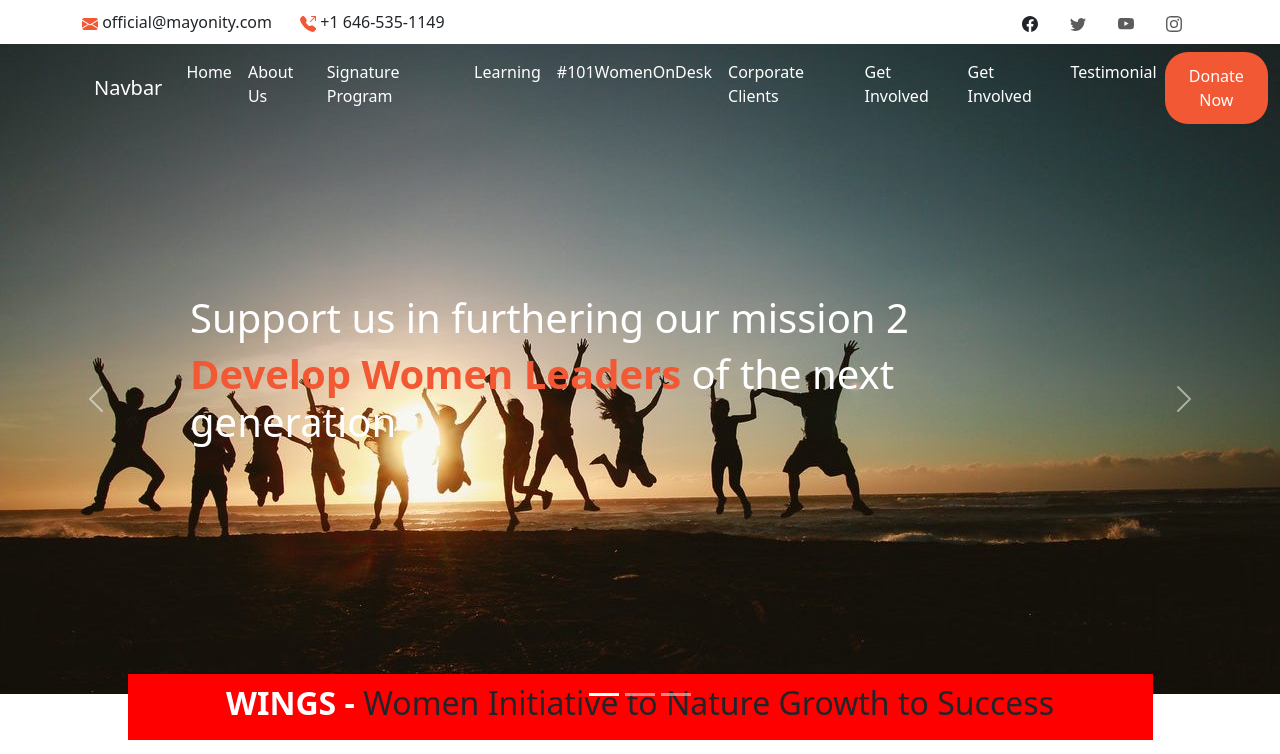
Repository: rizwan-zafar/wings
Page: /
An editor plug-in stored every save of this project. The page is shown before and after the next save, followed by the edit.
The browser window is 1280 px wide. The pictures show the whole page.
The project was rebuilt for these pictures with package versions that can differ from the ones it lists, and the page was loaded fresh each time.

Above is the page before, as saved 2022-11-27 18:16:38.

After the next save:
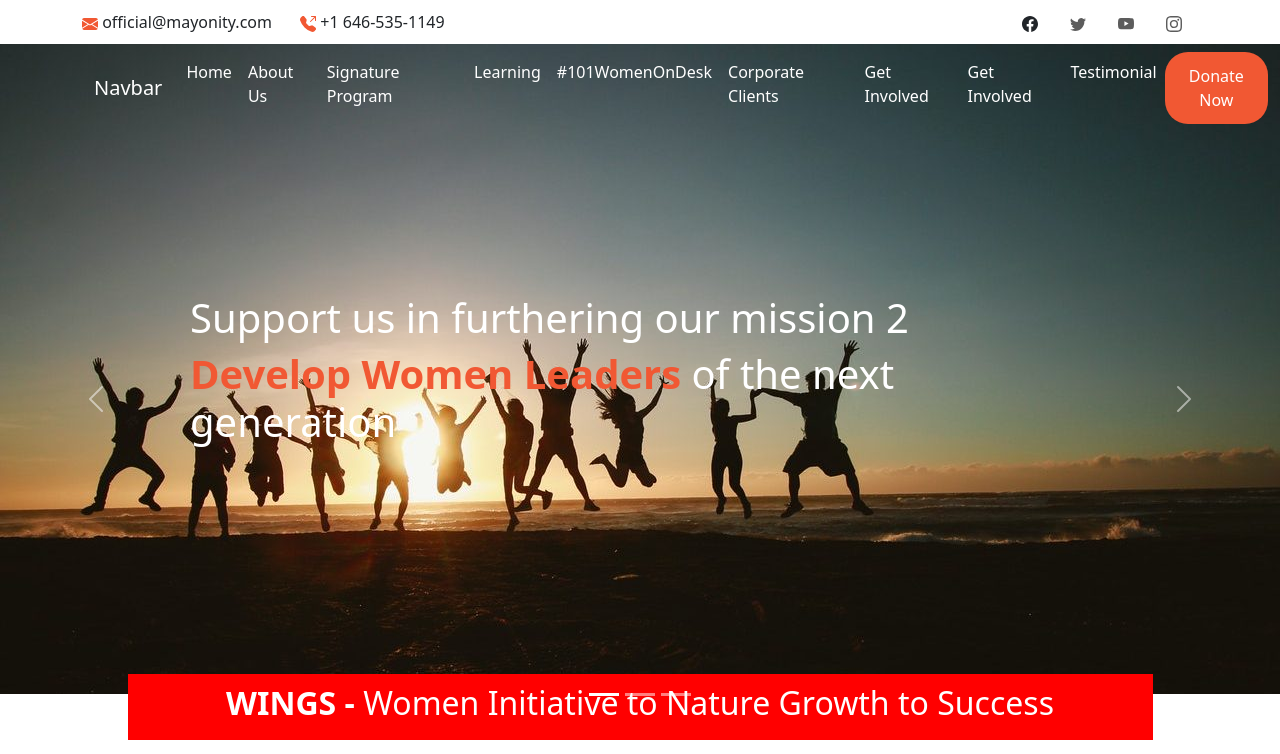
Saved 4 s later.
--- a/src/Css/Slider.css
+++ b/src/Css/Slider.css
@@ -43,7 +43,7 @@
     color: #fff;
 
 }
-.slider-footer>div strong {
+.slider-footer>div span {
     color: #fff;
 
 }

After the save that followed:
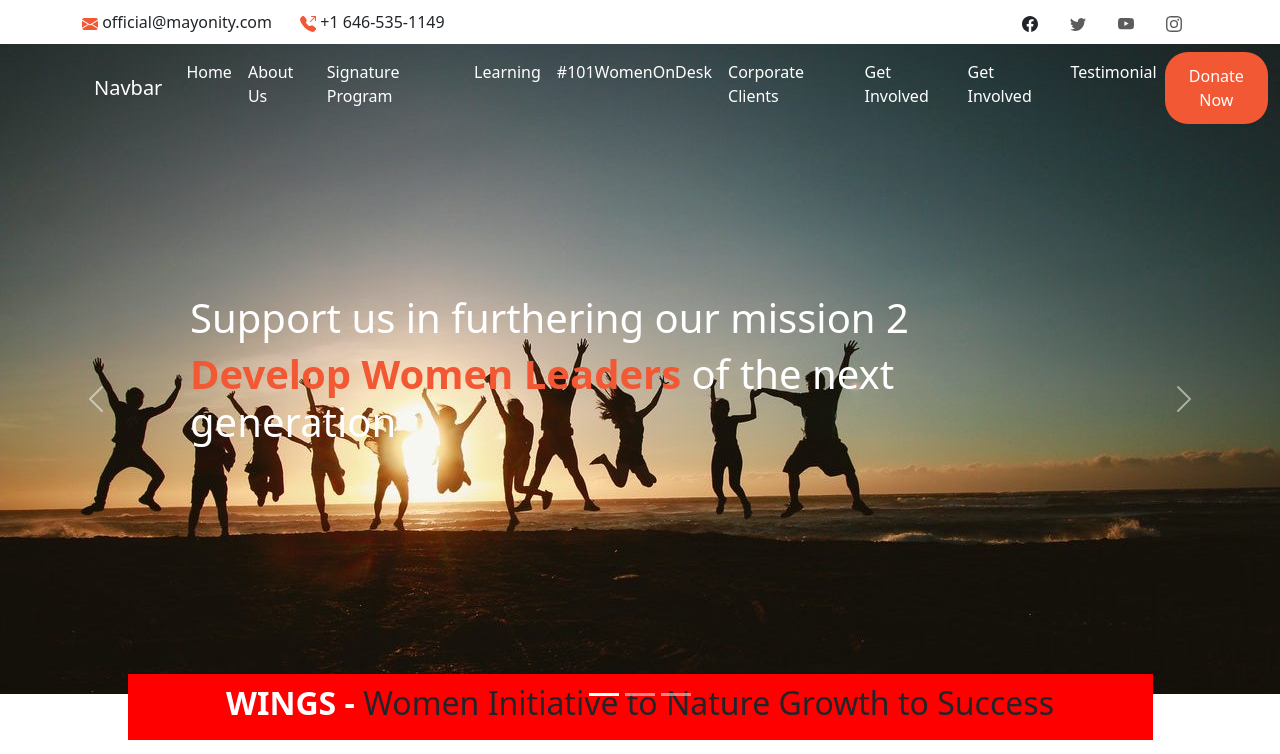
Saved 7 s later.
--- a/src/Css/Slider.css
+++ b/src/Css/Slider.css
@@ -44,7 +44,10 @@
 
 }
 .slider-footer>div span {
-    color: #fff;
+    p::first-letter {
+        font-size: 200%;
+        color: #8A2BE2;
+      }
 
 }
 
